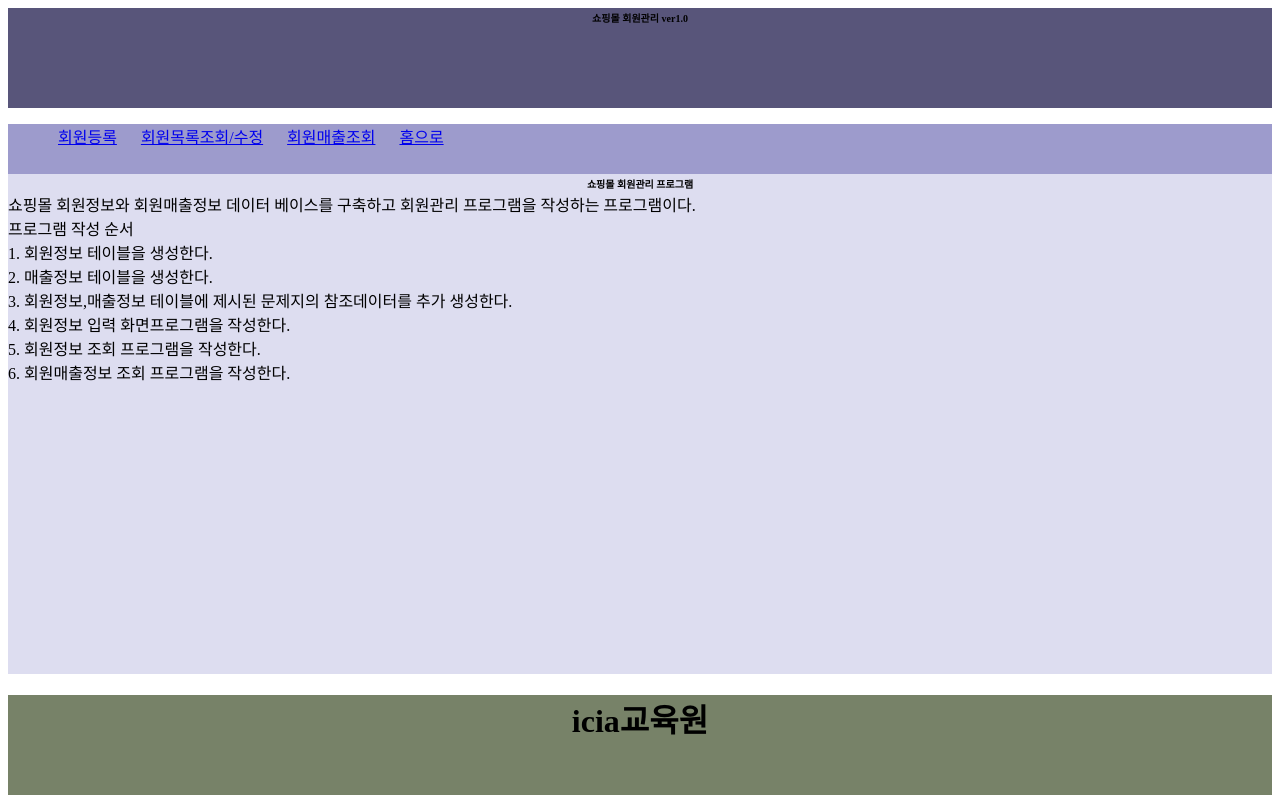
Repository: Kim-seongjun/javastudy2
Page: http://localhost/back_end_test/
These files come from the project's save history. The page is drawn as it stood at one moment and after the next save; the edit follows.
The browser window is 1280 px wide. The pictures show the whole page.
The page is served by Tomcat 9.

Above is the page before, as saved 2020-01-22 07:18:28.

After the next save:
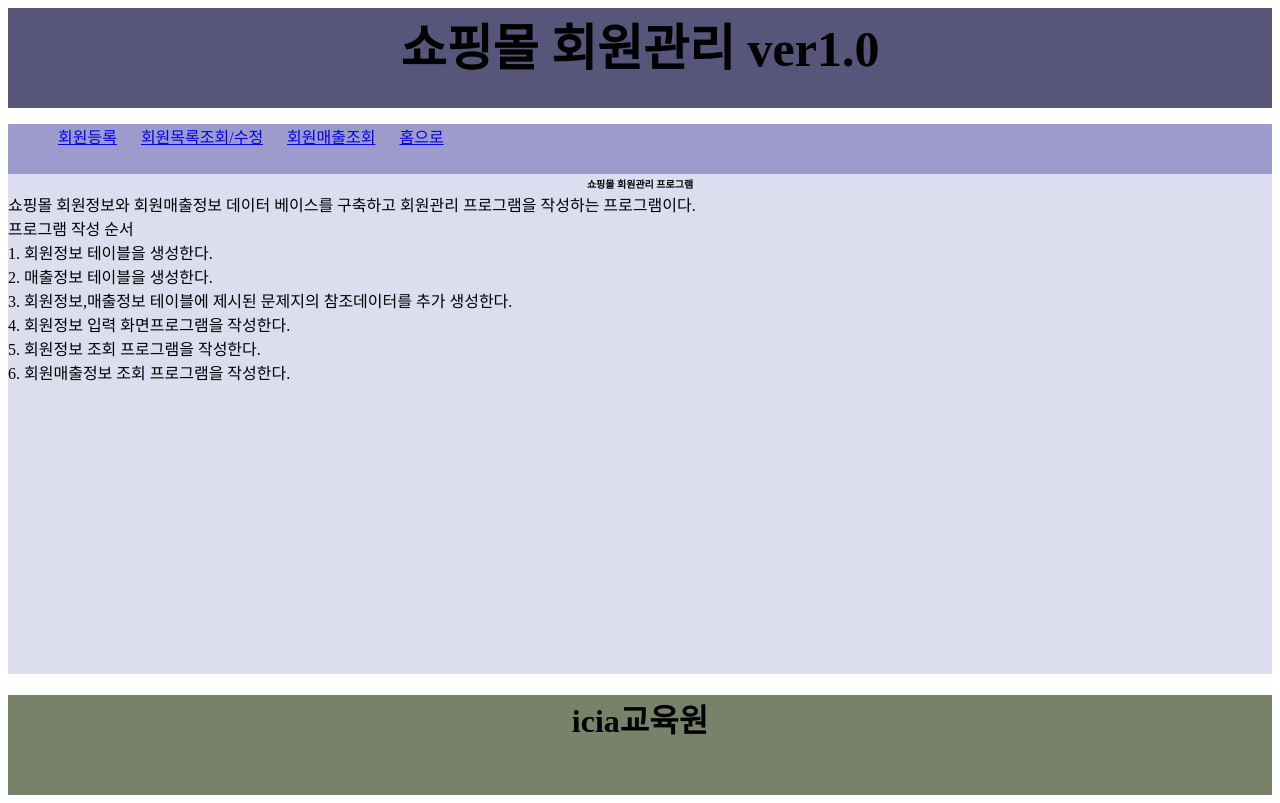
Saved 4 s later.
--- a/back_end_test/WebContent/header.jsp
+++ b/back_end_test/WebContent/header.jsp
@@ -9,6 +9,6 @@
 </style>
 </head>
 <body>
-<div><b style="font-size: 10px;">쇼핑몰 회원관리 ver1.0</b></div>
+<div><b style="font-size: 50px;">쇼핑몰 회원관리 ver1.0</b></div>
 </body>
 </html>
